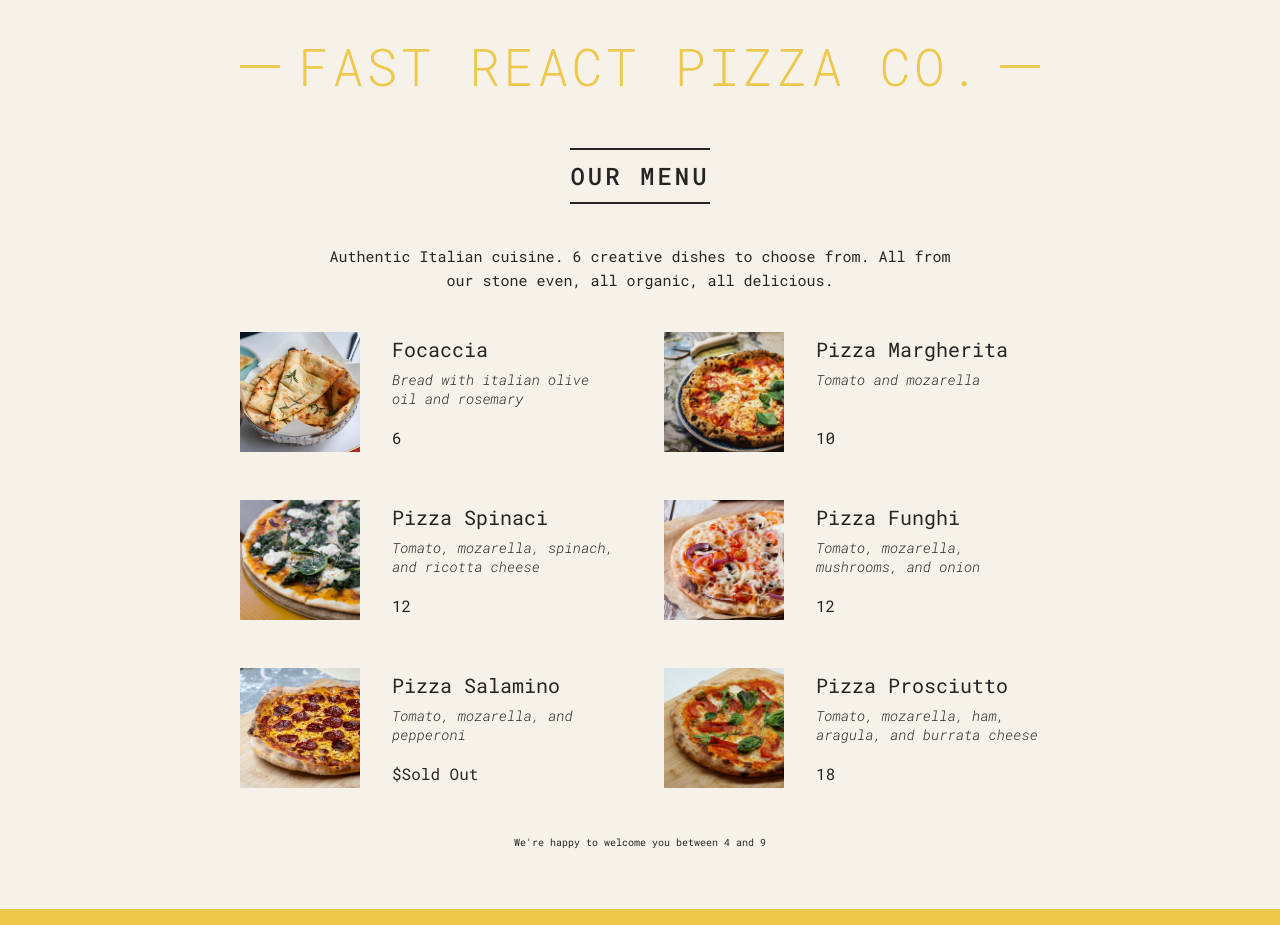
Repository: ahmedharidy/First-React-App
Page: /
These files come from the project's save history. The page is drawn as it stood at one moment and after the next save; the edit follows.
The browser window is 1280 px wide. The pictures show the whole page.
The project was rebuilt for these pictures with package versions that can differ from the ones it lists, and the page was loaded fresh each time.

Above is the page before, as saved 2026-09-24 08:29:31.

After the next save:
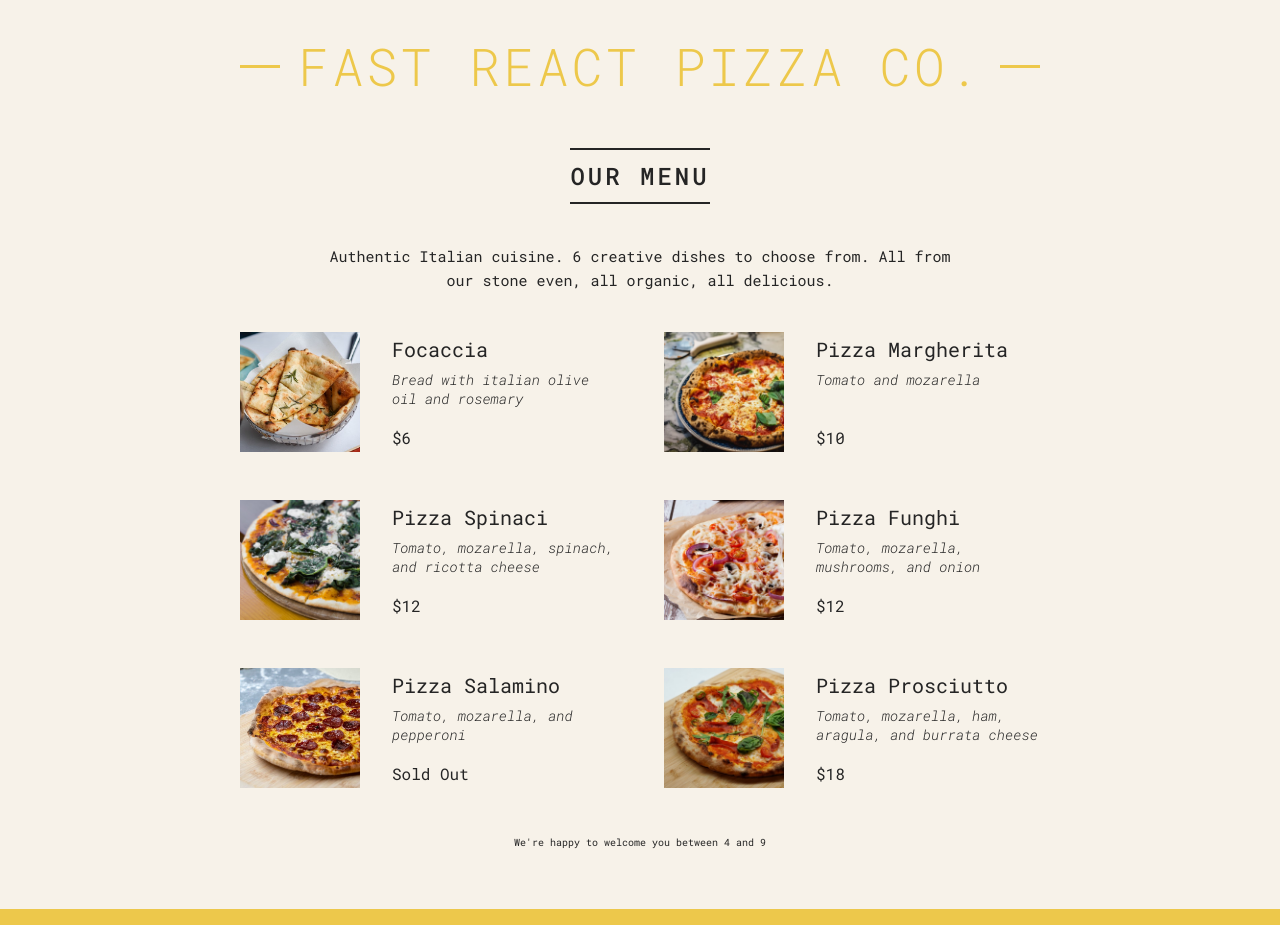
Saved 18 s later.
--- a/src/index.js
+++ b/src/index.js
@@ -117,7 +117,7 @@ function Pizza({ pizzaObj }) {
         <h3>{pizzaObj.name}</h3>
         <p>{pizzaObj.ingredients}</p>
         <span>
-          {pizzaObj.soldOut ? "$" : ""}
+          {pizzaObj.soldOut ? " " : "$"}
           {pizzaObj.soldOut ? "Sold Out" : pizzaObj.price}
         </span>
       </div>
